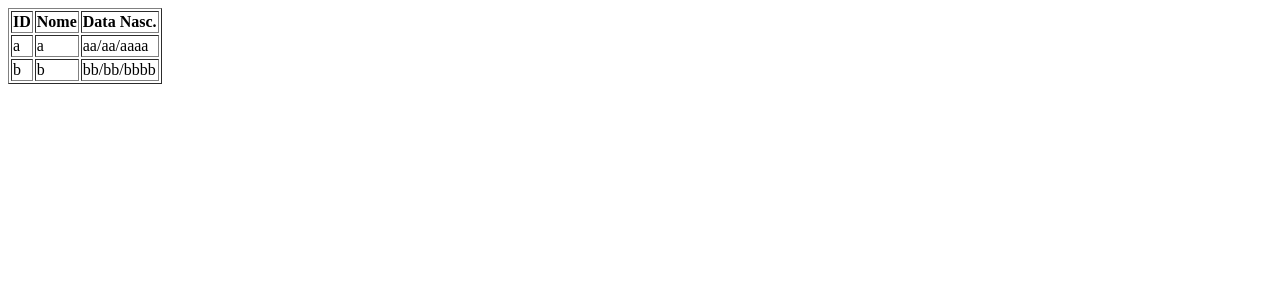
Repository: Frm2003/Laboratorio-de-Banco-de-Dados
Page: ExemploHTML/src/main/webapp/index.html
An editor plug-in stored every save of this project. The page is shown before and after the next save, followed by the edit.
The browser window is 1280 px wide. The pictures show the whole page.

Above is the page before, as saved 2023-08-08 12:42:36.

### ExemploHTML/src/main/webapp/index.html
<!DOCTYPE html>
<html>

<head>
	<meta charset="ISO-8859-1">
	<title>Exemplo</title>
</head>

<body>
	<div aling="center">
		<table border="1">
			<thead>
				<tr>
					<th><b>ID</b></th>
					<th><b>Nome</b></th>
					<th><b>Data Nasc.</b></th>
				</tr>
			</thead>
			<tbody>
				<tr>
					<td>a</td>
					<td>a</td>
					<td>aa/aa/aaaa</td>
				</tr>
				<tr>
					<td>b</td>
					<td>b</td>
					<td>bb/bb/bbbb</td>
				</tr>
			</tbody>
		</table>
	</div>
</body>

</html>

After the next save:
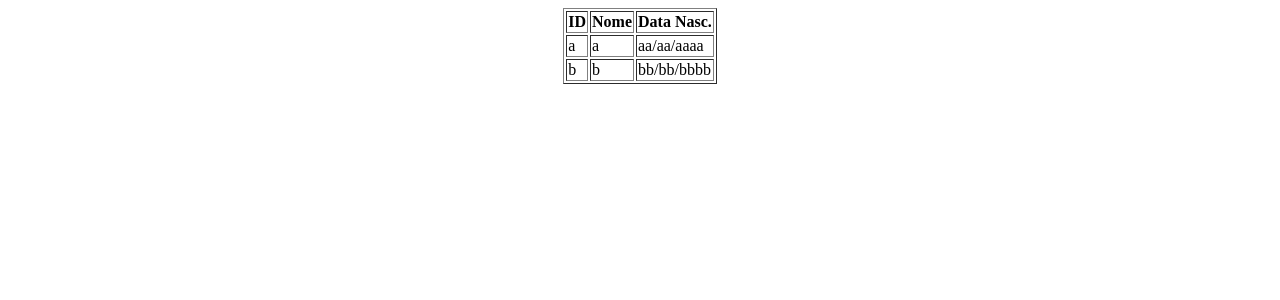
Saved 13 s later.
--- a/ExemploHTML/src/main/webapp/index.html
+++ b/ExemploHTML/src/main/webapp/index.html
@@ -7,7 +7,7 @@
 </head>
 
 <body>
-	<div aling="center">
+	<div align="center">
 		<table border="1">
 			<thead>
 				<tr>
